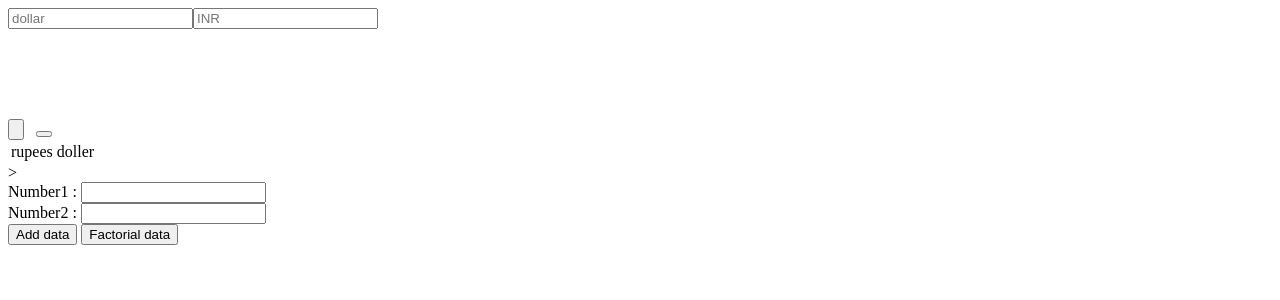
Repository: ravikumar0303/Advance-Java
Page: Factorial/src/main/webapp/factorial.html
These files come from the project's save history. The page is drawn as it stood at one moment and after the next save; the edit follows.
The browser window is 1280 px wide. The pictures show the whole page.

Above is the page before, as saved 2023-06-21 03:37:56.

### Factorial/src/main/webapp/factorial.html
<!DOCTYPE html>
<html>
<head>
<meta charset="ISO-8859-1">
<title>Insert title here</title>
</head>
<body>
<form action="cal" method="get">
<table>
<tr><td>rupees</td><td>doller</td></tr>
 <input type="text" name="dollar" id="d1" placeholder="dollar"></input>
 <input type="text" name="inr" id="i1" placeholder="INR"></input>
  <br></br>  <br></br>  <br></br>
<input type="button" id="dollar" name="btn"></input>
 &nbsp;
<button type="submit" id="inr" name="btn"></input>
</table>
</form>>
</body>
</html>
<body>
<form action="calc" method="get">
  Number1 : <input type="text" name="num1" id="n1"><br>
  Number2 : <input type="text" name="num2" id="n2"><br>
  <button type="submit" name="btn" id="add" value="add">Add data</button>
   <button type="submit" name="btn" id="fact" value="factorial">Factorial data</button>
</form>

After the next save:
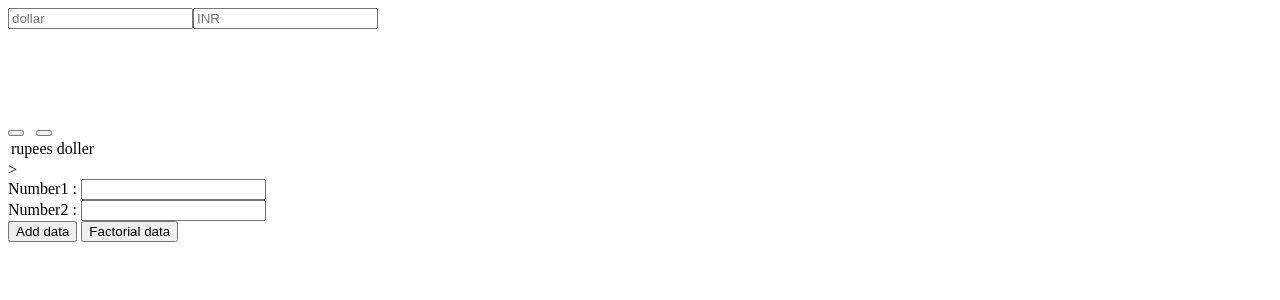
Saved 43 s later.
--- a/Factorial/src/main/webapp/factorial.html
+++ b/Factorial/src/main/webapp/factorial.html
@@ -11,9 +11,9 @@
  <input type="text" name="dollar" id="d1" placeholder="dollar"></input>
  <input type="text" name="inr" id="i1" placeholder="INR"></input>
   <br></br>  <br></br>  <br></br>
-<input type="button" id="dollar" name="btn"></input>
+<button type="submit" id="dollar" name="btn"></button>
  &nbsp;
-<button type="submit" id="inr" name="btn"></input>
+<button type="submit" id="inr" name="btn"></button>
 </table>
 </form>>
 </body>
